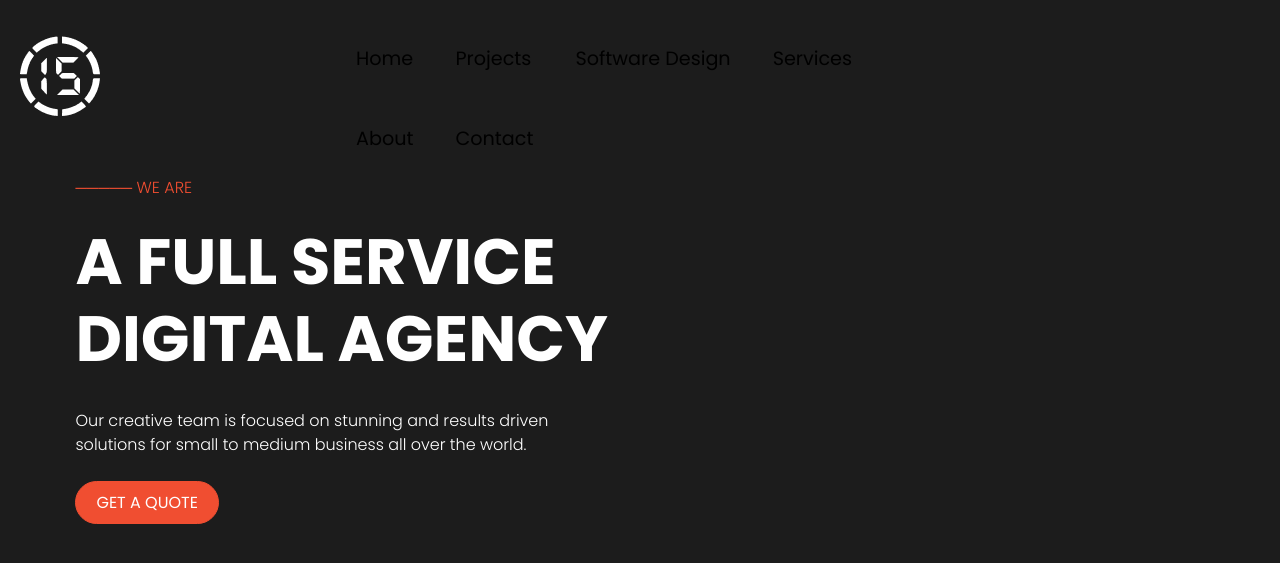
Repository: gopalpurohit54/one5
Page: /
An editor plug-in stored every save of this project. The page is shown before and after the next save, followed by the edit.
The browser window is 1280 px wide. The pictures show the whole page.
The project was rebuilt for these pictures with package versions that can differ from the ones it lists, and the page was loaded fresh each time.

Above is the page before, as saved 2021-06-11 15:16:33.

After the next save:
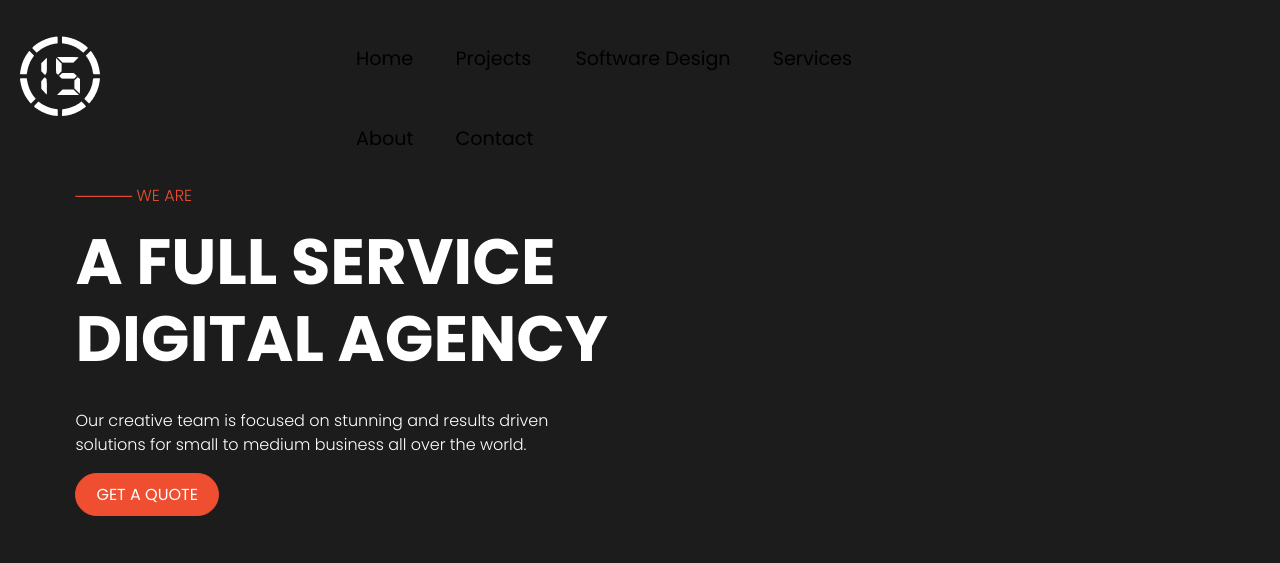
Saved 32 s later.
--- a/src/components/HeroSection.js
+++ b/src/components/HeroSection.js
@@ -42,7 +42,7 @@ function HeroSection() {
         }
 
         p {
-            margin-bottom: 1.5rem;
+            margin-bottom: 1rem;
             font-size: 1rem;
             line-height: 1.5;
             font-style: normal;
